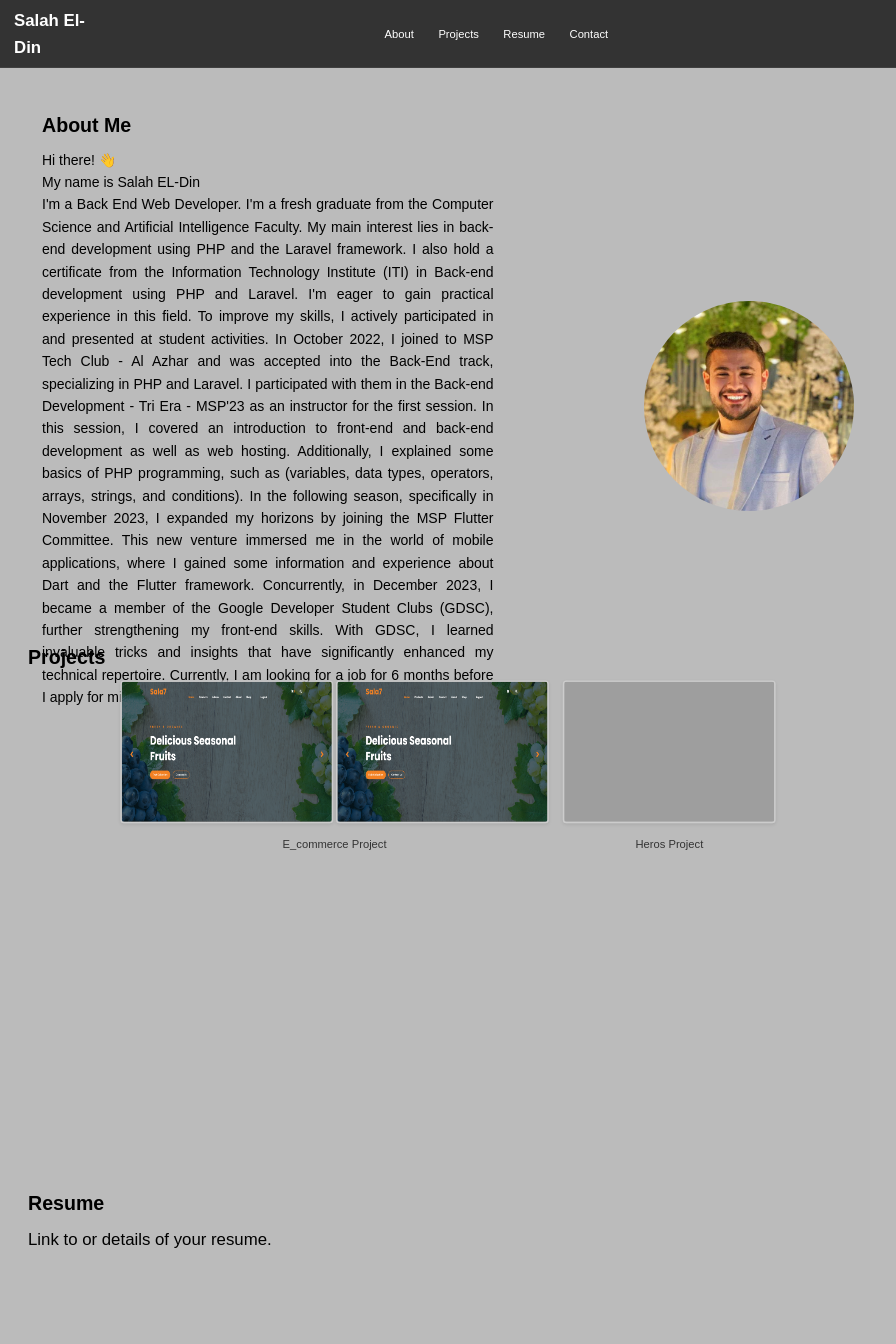
Repository: Salah-Wael/Salah-EL-Din-Portfolio
Page: index.html
An editor plug-in stored every save of this project. The page is shown before and after a run of saves, followed by the edit.
The browser window is 1280 px wide. The pictures show the part of the page from y = 0 to 1920 px (the page is 3237 px tall), at 70% of full size.
Pictures or frames that could not be fetched are drawn as grey boxes.

Above is the page before, as saved 2024-07-13 04:07:52.

### index.html
<!DOCTYPE html>
<html lang="en">
<head>
  <meta charset="UTF-8">
  <meta name="viewport" content="width=device-width, initial-scale=1.0">
  <title>Salah EL-Din Portfolio</title>
  <link rel="stylesheet" href="./style.css">
</head>
<body>
  <nav>
    <h1>Salah El-Din</h1>
    <ul>
      <li><a href="#about">About</a></li>
      <li><a href="#projects">Projects</a></li>
      <li><a href="#resume">Resume</a></li>
      <li><a href="#contact">Contact</a></li>
    </ul>
  </nav>
  <section id="about">
    <div class="about">
      <div>
        <h2>About Me</h2>
        <p>
          Hi there! 👋<br>
          My name is Salah EL-Din <br> I'm a <span>Back End Web Developer.</span>
          I'm a fresh graduate from the Computer Science and Artificial Intelligence Faculty. My main interest lies in back-end development using PHP and the Laravel framework. I also hold a certificate from the Information Technology Institute (ITI) in Back-end development using PHP and Laravel. I'm eager to gain practical experience in this field.
          To improve my skills, I actively participated in and presented at student activities.
          In October 2022, I joined to MSP Tech Club - Al Azhar and was accepted into the Back-End track, specializing in PHP and Laravel. I participated with them in the Back-end Development - Tri Era - MSP'23 as an instructor for the first session. In this session, I covered an introduction to front-end and back-end development as well as web hosting. Additionally, I explained some basics of PHP programming, such as (variables, data types, operators, arrays, strings, and conditions).
          In the following season, specifically in November 2023, I expanded my horizons by joining the MSP Flutter Committee. This new venture immersed me in the world of mobile applications, where I gained some information and experience about Dart and the Flutter framework. Concurrently, in December 2023, I became a member of the Google Developer Student Clubs (GDSC), further strengthening my front-end skills. With GDSC, I learned invaluable tricks and insights that have significantly enhanced my technical repertoire.
          Currently, I am looking for a job for 6 months before I apply for military service in January.
        </p>
      </div>
      <div>
        <img src="./img/Salah EL-Din Wael2.jpg" alt="Salah EL-Din">
      </div>
    </div>
  </section>
  <section id="projects">
    <h2>Projects</h2>
    <div class="projects-container">
      <div class="project">
        <a href="https://sala7.great-site.net/" target="_blank">
          <img src="img/projects/ecommerce home.png" alt="Sala7 E_commerce">
          <img src="img/projects/ecommerce home.png" alt="Sala7 E_commerce">
          <p>E_commerce Project</p>
        </a>
      </div>
      <div class="project">
        <a href="https://heros.rf.gd/" target="_blank">
          <img src="path/to/heros-screenshot.png" alt="Heros Project">
          <p>Heros Project</p>
        </a>
      </div>
    </div>
  </section>
  <section id="resume">
    <h2>Resume</h2>
    <p>Link to or details of your resume.</p>
  </section>
  <section id="contact">
    <h2>Contact</h2>
    <p>Contact information.</p>
  </section>
</body>
</html>

### style.css
/* Reset some basic styles */
body, h1, h2, p, ul, li, a {
  margin: 0;
  padding: 0;
  list-style: none;
  text-decoration: none;
  font-family: Arial, sans-serif;
}

/* General body styling */
body {
  font-family: Arial, sans-serif;
  line-height: 1.6;
  background-color: #bbb;
}

/* Styling for navigation bar */
nav {
  background-color: #333;
  color: white;
  display: flex;
  justify-content: space-between;
  align-items: center;
  padding: 10px 20px;
}

nav h1 {
  font-size: 24px;
}

nav ul {
  display: flex;
  justify-content: center;
  width: 90%;
  gap: 15px;
}

nav ul li {
  list-style: none;
}

nav ul li a {
  color: white;
  text-decoration: none;
  padding: 5px 10px;
}

nav ul li a:hover {
  background-color: #575757;
  border-radius: 5px;
}

/* Section styling */
section {
  padding: 20px;
  margin: 20px;
  /* width: 100%; */
  height: 100vh;
}

section h2 {
  font-size: 28px;
  margin-bottom: 10px;
}

section p {
  font-size: 24px;
}

.about{
  display: flex;
  justify-content: space-between;
  align-items: center;
  margin: 20px;

}

.about div p{
  width: 75%;
  font-size: 20px;
  text-align: justify;
}
.about div img{
  width: 300px;
  height: 300px;
  border-radius: 50%;
}

/* Projects section styling */
.projects-container {
  display: flex;
  gap: 20px;
  flex-wrap: wrap;
  justify-content: center;
}

.project {
  text-align: center;
}

.project img {
  width: 300px;
  height: 200px;
  border: 2px solid #ccc;
  border-radius: 5px;
  box-shadow: 0 2px 5px rgba(0, 0, 0, 0.1);
  margin-bottom: 10px;
}

.project p {
  font-size: 16px;
  color: #333;
}

.project a {
  color: inherit;
  text-decoration: none;
}

.project a:hover img {
  border-color: #333;
}

After the next 2 saves:
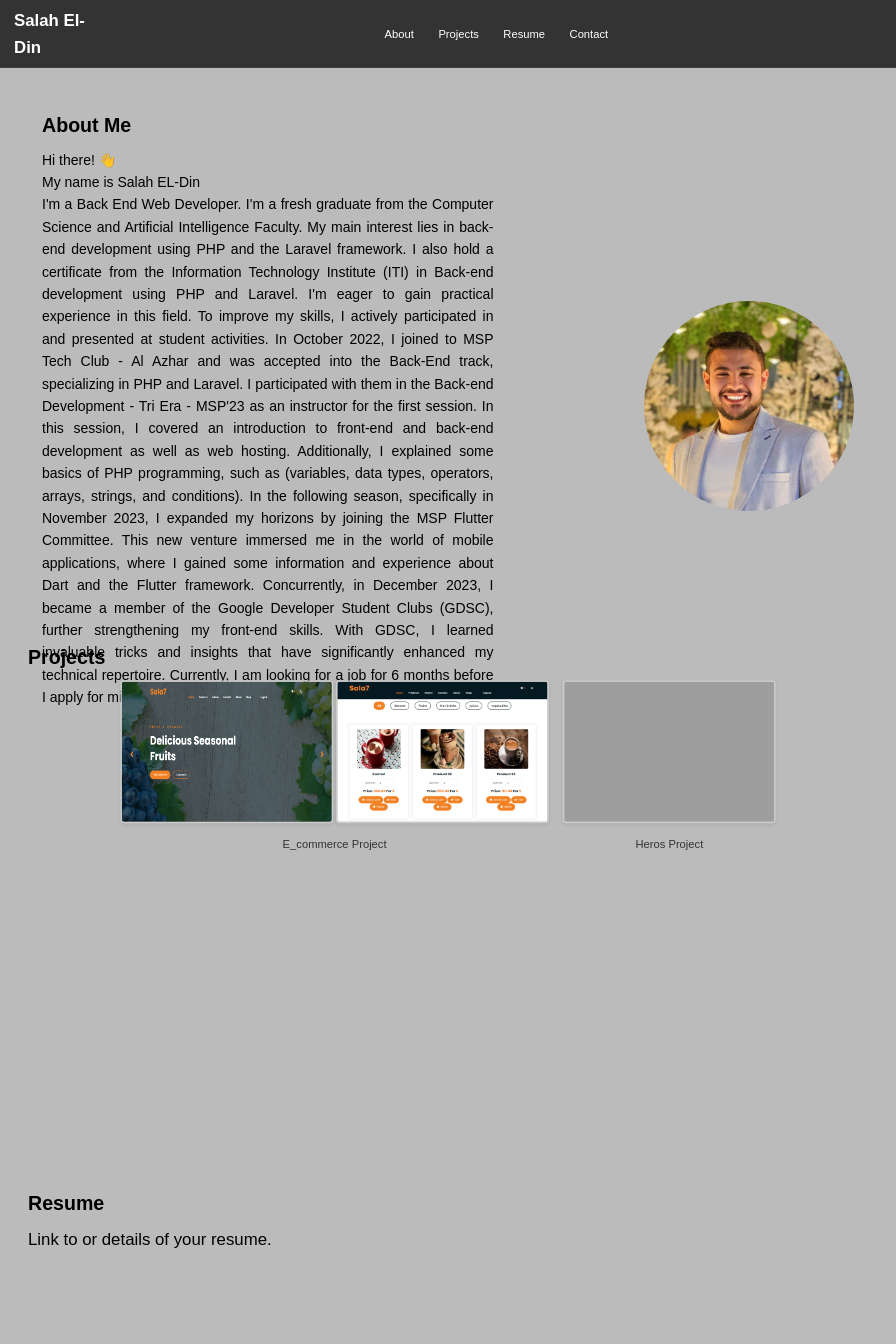
The 2 saves are shown as one change because they came seconds apart.
The last was saved 11 s later.
--- a/index.html
+++ b/index.html
@@ -41,7 +41,7 @@
       <div class="project">
         <a href="https://sala7.great-site.net/" target="_blank">
           <img src="img/projects/ecommerce home.png" alt="Sala7 E_commerce">
-          <img src="img/projects/ecommerce home.png" alt="Sala7 E_commerce">
+          <img src="img/projects/products.png" alt="Sala7 E_commerce">
           <p>E_commerce Project</p>
         </a>
       </div>
